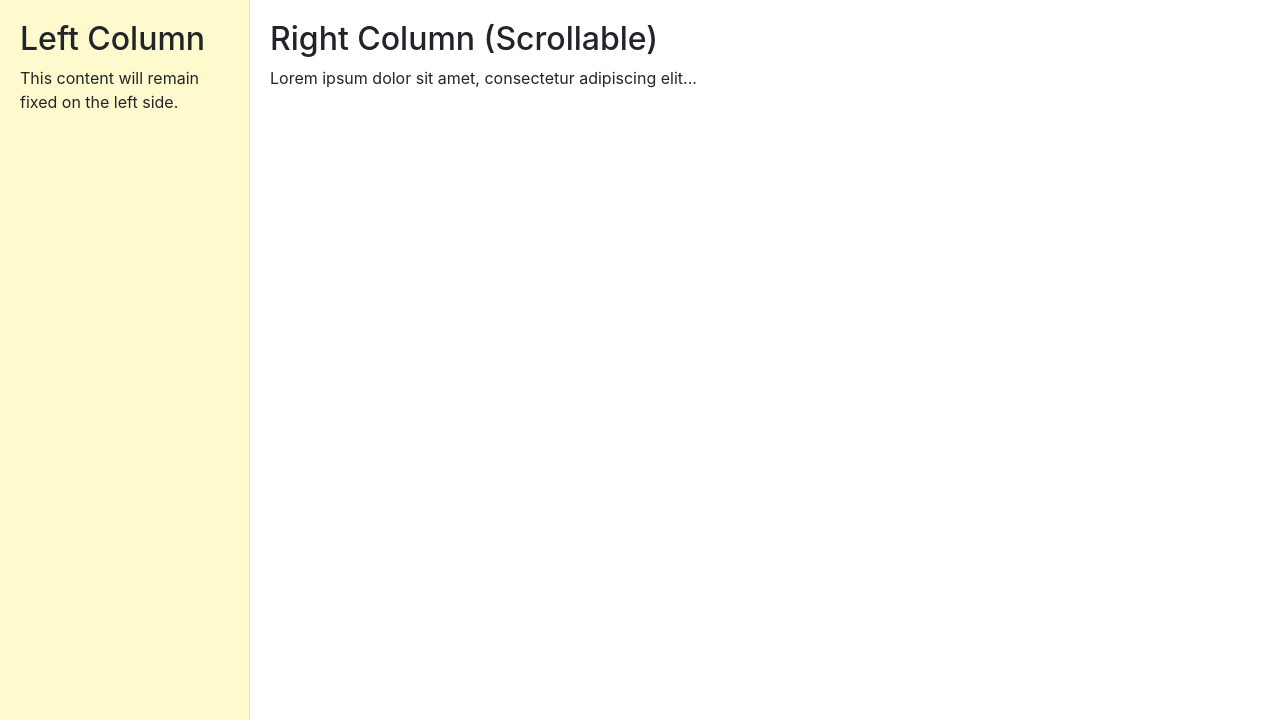
Repository: oliviahsia/FinalProject
Page: src/main/webapp/WEB-INF/main.html
An editor plug-in stored every save of this project. The page is shown before and after the next save, followed by the edit.
The browser window is 1280 px wide. The pictures show the whole page.
Some web libraries are served in a nearby version.

Above is the page before, as saved 2024-03-08 11:52:57.

### src/main/webapp/WEB-INF/main.html
<!DOCTYPE html>
<html lang="en">

<head>
  <meta charset="UTF-8">
  <meta name="viewport" content="width=device-width, initial-scale=1.0">
  <title>Olivia's Portfolio</title>
  <!-- Bootstrap CSS -->
  <link rel="stylesheet" href="https://stackpath.bootstrapcdn.com/bootstrap/4.5.2/css/bootstrap.min.css">
  <style>
    /* Custom styles */
    body,
    html {
      height: 100%;
      margin: 0;
      /* Remove default margin */
    }

    .fixed-left {
      position: fixed;
      top: 0;
      left: 0;
      width: 250px;
      /* Set the width of the left column */
      height: 100%;
      background-color: #FFFACD;
      /* Goose yellow for the left column */
      border-right: 1px solid #dee2e6;
      /* Optional border */
      overflow-x: hidden;
      /* Prevent horizontal scrollbar */
      padding: 20px;
      /* Optional padding */
    }

    .scrollable-right {
      margin-left: 250px;
      /* Same as the width of the left column */
      padding: 20px;
      height: 100%;
      overflow-y: auto;
      /* Enable vertical scrollbar if content overflows */
      background-color: #FFFFFF;
      /* White for the right column */
    }
  </style>
</head>

<body>
  <div class="fixed-left">
    <!-- Content in left column -->
    <h2>Left Column</h2>
    <p>This content will remain fixed on the left side.</p>
  </div>
  <div class="scrollable-right">
    <!-- Content in right column -->
    <h2>Right Column (Scrollable)</h2>
    <p>Lorem ipsum dolor sit amet, consectetur adipiscing elit...</p>
    <!-- Add more content as needed to enable scrolling -->
  </div>
  <!-- Bootstrap JS and dependencies (Optional) -->
  <script src="https://code.jquery.com/jquery-3.5.1.slim.min.js"></script>
  <script src="https://cdn.jsdelivr.net/npm/@popperjs/core@2.5.4/dist/umd/popper.min.js"></script>
  <script src="https://stackpath.bootstrapcdn.com/bootstrap/4.5.2/js/bootstrap.min.js"></script>
</body>

</html>

After the next save:
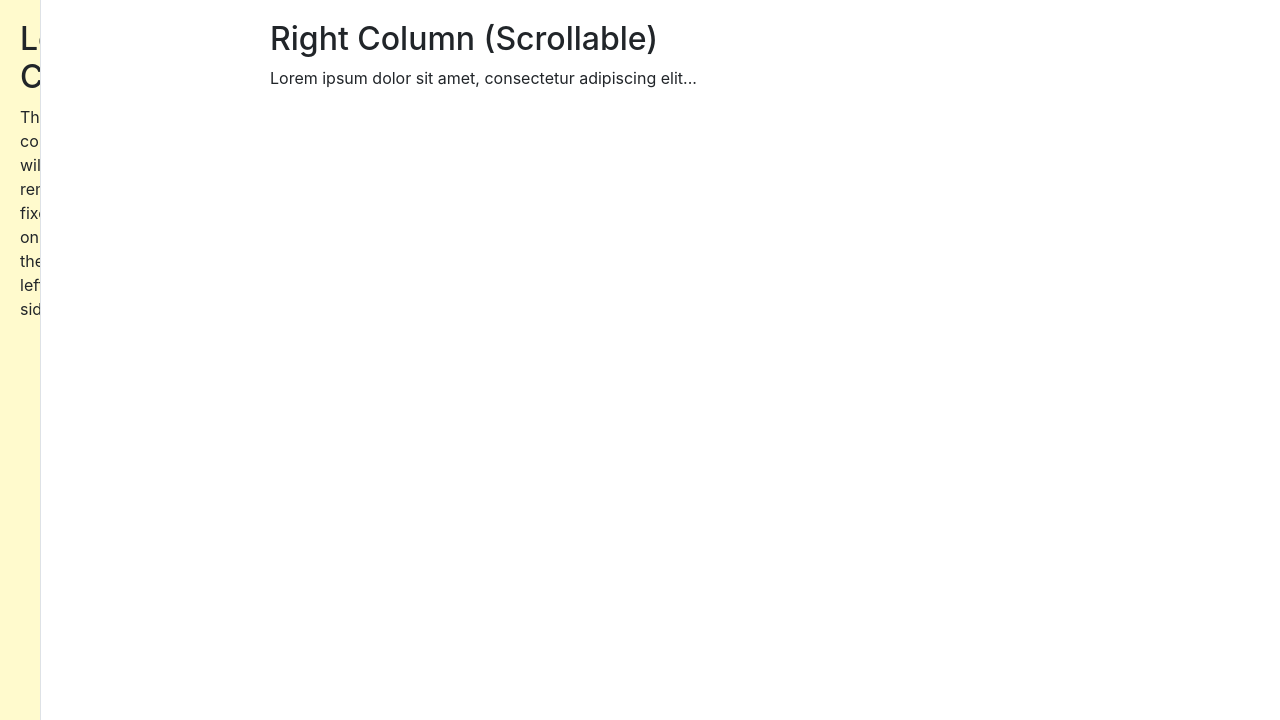
Saved 4 s later.
--- a/src/main/webapp/WEB-INF/main.html
+++ b/src/main/webapp/WEB-INF/main.html
@@ -20,7 +20,7 @@
       position: fixed;
       top: 0;
       left: 0;
-      width: 250px;
+      width: 20px;
       /* Set the width of the left column */
       height: 100%;
       background-color: #FFFACD;
